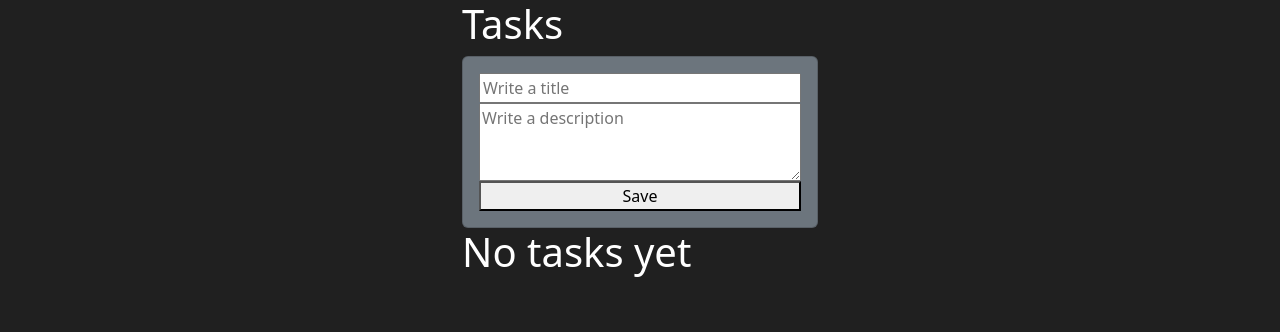
Repository: ChemsJam/django_postgres_todo
Page: http://localhost/tasks/
These files come from the project's save history. The page is drawn as it stood at one moment and after the next save; the edit follows.
The browser window is 1280 px wide. The pictures show the whole page.
The page is served by the project's application, run on Django 5.2 (manage.py). Other server files are loaded and not shown. Queries for data that is not in the repository find no rows.

Above is the page before, as saved 2024-08-19 15:49:12.

### tasks/templates/TasksList.html
{% load static %}

<!DOCTYPE html>
<html lang="en">
<head>
    <meta charset="UTF-8">
    <meta name="viewport" content="width=device-width, initial-scale=1.0">
    <title>DJango Crud</title>
    <link rel="stylesheet" href="https://cdn.jsdelivr.net/npm/bootstrap@5.3.2/dist/css/bootstrap.min.css">
    <link rel="stylesheet" href={% static 'main.css' %}>
</head>
<body>
    <div class="container">
        <div class="row">
            <div class="col-md-4 offset-md-4">
                <h1>
                    Tasks
                </h1>
                <form action={% url 'create_tasks' %} method="POST" class="card card-body bg-secondary">
                {% csrf_token %}
                <input type="text" name="tittle" placeholder="Write a title">

                <textarea name="description" rows="3" placeholder="Write a description"></textarea>

                <button>Save</button>

                </form>

                {% for task in tasks %}
                <div>
                    <h4>{{task.tittle}}</h4>
                    <p>{{task.description}}</p>
                    <form action={% url 'delete_task' task.id %} method="POST">
                        {% csrf_token %}
                        <button>Delete</button>
                    </form>
                </div>

                {% empty %}
                <h1>No tasks yet</h1>
                {% endfor %}
            </div>
        </div>
    </div>
</body>
</html>

### tasks/views.py
from django.shortcuts import render, redirect
from .models import Task

# Create your views here.
def list_tasks(request):
    tasks = Task.objects.all()
    return render(request, 'TasksList.html', {'tasks': tasks})

def create_task(request):
    task = Task(tittle=request.POST['tittle'], description=request.POST['description'])
    task.save()
    return redirect('/tasks/')

def delete_task(request, task_id):
    task = Task.objects.get(id=task_id)
    task.delete()
    return redirect('/tasks/')

### django_postgres/urls.py
"""
URL configuration for django_postgres project.

The `urlpatterns` list routes URLs to views. For more information please see:
    https://docs.djangoproject.com/en/5.1/topics/http/urls/
Examples:
Function views
    1. Add an import:  from my_app import views
    2. Add a URL to urlpatterns:  path('', views.home, name='home')
Class-based views
    1. Add an import:  from other_app.views import Home
    2. Add a URL to urlpatterns:  path('', Home.as_view(), name='home')
Including another URLconf
    1. Import the include() function: from django.urls import include, path
    2. Add a URL to urlpatterns:  path('blog/', include('blog.urls'))
"""
from django.contrib import admin
from django.urls import path, include


urlpatterns = [
    path('admin/', admin.site.urls),
    path('tasks/', include('tasks.urls'))
]

### tasks/urls.py
from django.urls import path
from .views import list_tasks, create_task, delete_task

urlpatterns = [
    path('', list_tasks),
    path('new/', create_task, name='create_tasks'),
    path('delete/<int:task_id>/', delete_task, name='delete_task' )
]

### tasks/static/main.css
body {
    background-color: #202020;
    color: white;
}

After the next save:
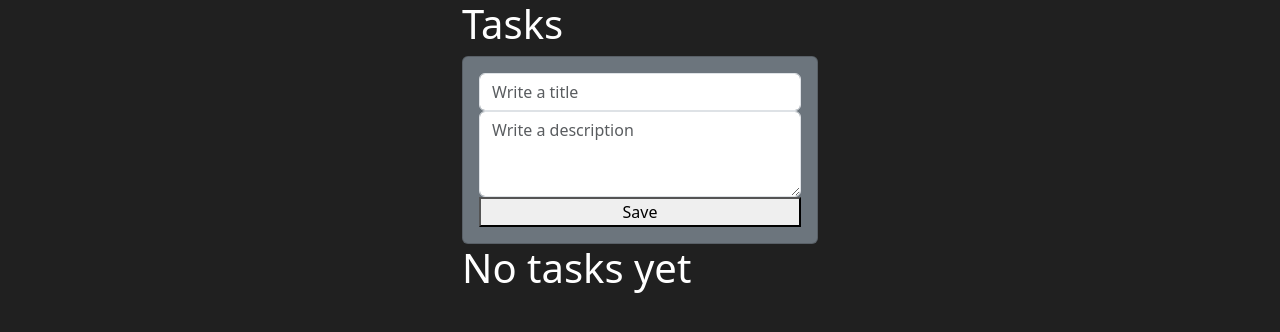
Saved 22 s later.
--- a/tasks/templates/TasksList.html
+++ b/tasks/templates/TasksList.html
@@ -18,9 +18,9 @@
                 </h1>
                 <form action={% url 'create_tasks' %} method="POST" class="card card-body bg-secondary">
                 {% csrf_token %}
-                <input type="text" name="tittle" placeholder="Write a title">
+                <input type="text" name="tittle" placeholder="Write a title" class="form-control">
 
-                <textarea name="description" rows="3" placeholder="Write a description"></textarea>
+                <textarea name="description" rows="3" placeholder="Write a description" class="form-control"></textarea>
 
                 <button>Save</button>
 
